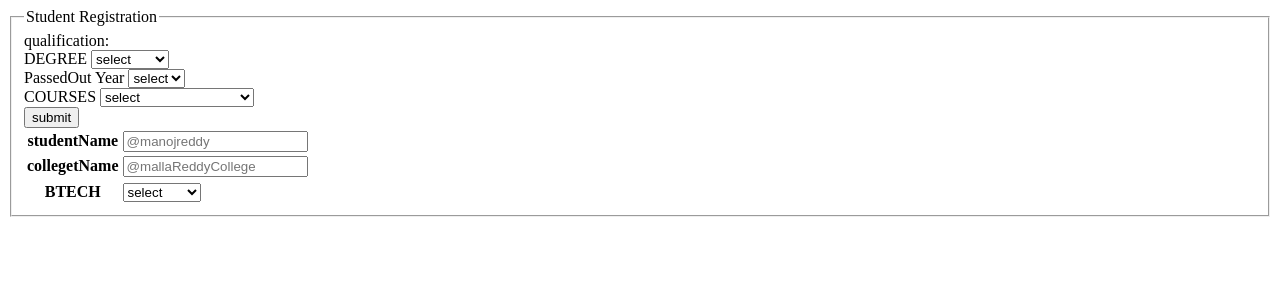
Repository: JanapatlaManojReddy/java
Page: http://localhost/institutionProject/StudentRegistration.jsp
These files come from the project's save history. The page is drawn as it stood at one moment and after the next save; the edit follows.
The browser window is 1280 px wide. The pictures show the whole page.
The page is served by Tomcat 9. Other server files are loaded and not shown.

Above is the page before, as saved 2023-08-19 12:56:33.

### institutionProject/src/main/webapp/StudentRegistration.jsp
<%@ page language="java" contentType="text/html; charset=ISO-8859-1"
    pageEncoding="ISO-8859-1"%>
<!DOCTYPE html>
<html>
<head>
<meta charset="ISO-8859-1">
<title>Insert title here</title>
</head>
<body>
<form>
<fieldSet action="studentServlet">
<legend>Student Registration</legend>
<div>
<table>

<tr>
<th>
<lable for="sname">studentName</lable>
</th>

<td>
<input type="text" name="studentName" placeholder="@manojreddy" required autocomplete="off">
</td>
</tr>

<tr>

<th>
<lable for="cname">collegetName</lable></th>
<td>
<input type="text" name="collegeName" placeholder="@mallaReddyCollege" required>
</td>

</tr>

<tr>
<lable >qualification:</lable>
</tr>

<tr>
<th>
<lable for="stream">BTECH</lable></th>
<td>
<select id ="stream" name="stream" >
<option value="select" selected>select</option>
<option value ="EEE">EEE</option>
<option value ="ECE">ECE</option>
<option value ="CSE">CSE</option>
<option value ="CIVIL">CIVIL</option>
<option value ="MECH">MECH</option>
<option value ="OTHERS">OTHERS</option>
</select>
</td>
</tr>
<div>
<lable for="stream">DEGREE</lable>
<select id ="stream" name="stream" >
<option value="select" selected>select</option>
<option value ="EEE">EEE</option>
<option value ="ECE">ECE</option>
<option value ="CSE">CSE</option>
<option value ="CIVIL">CIVIL</option>
<option value ="MECH">MECH</option>
<option value ="OTHERS">OTHERS</option>
</select>
</div>
<div>
<lable for="pyear">PassedOut Year</lable>
<select id="pyear" name="pyear">
<option value="select" selected>select</option>
<option value="2018">2018</option>
<option value="2019">2019</option>
<option value="2020">2020</option>
<option value="2021">2021</option>
<option value="2022">2022</option>
<option value="2023">2023</option>


</select>
</div>
<div>
<lable for="courses">COURSES</lable>
<select id ="courses" name="courses">
<option value="select" selected>select</option>
<option value="JAVAFULLSTACK">JAVAFULLSTACK </option>
<option value="PYTHONFULLSTACK">PYTHONFULLSTACK </option>
<option value="JAVA">JAVA</option>
<option value="HTML/CSS">HTML/CSS </option>
<option value="ANGULAR/REACT">ANGULAR/REACT </option>
</select>
</div>
<div>
<input type="submit" value="submit">
</div>
</table>
</div>

</fieldSet>
</form>

</body>
</body>
</html>

After the next save:
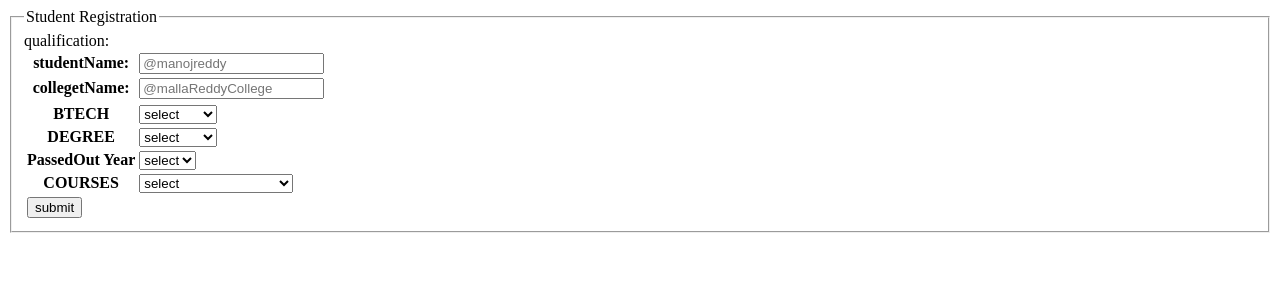
Saved 3 min 33 s later.
--- a/institutionProject/src/main/webapp/StudentRegistration.jsp
+++ b/institutionProject/src/main/webapp/StudentRegistration.jsp
@@ -15,7 +15,7 @@
 
 <tr>
 <th>
-<lable for="sname">studentName</lable>
+<lable for="sname">studentName:</lable>
 </th>
 
 <td>
@@ -26,7 +26,7 @@
 <tr>
 
 <th>
-<lable for="cname">collegetName</lable></th>
+<lable for="cname" align="left">collegetName:</lable></th>
 <td>
 <input type="text" name="collegeName" placeholder="@mallaReddyCollege" required>
 </td>
@@ -39,7 +39,8 @@
 
 <tr>
 <th>
-<lable for="stream">BTECH</lable></th>
+<lable for="stream" align="left">BTECH</lable>
+</th>
 <td>
 <select id ="stream" name="stream" >
 <option value="select" selected>select</option>
@@ -52,8 +53,10 @@
 </select>
 </td>
 </tr>
-<div>
-<lable for="stream">DEGREE</lable>
+<tr>
+<th>
+<lable for="stream">DEGREE</lable></th>
+<td>
 <select id ="stream" name="stream" >
 <option value="select" selected>select</option>
 <option value ="EEE">EEE</option>
@@ -63,9 +66,13 @@
 <option value ="MECH">MECH</option>
 <option value ="OTHERS">OTHERS</option>
 </select>
-</div>
-<div>
+</td>
+</tr>
+<tr>
+<th>
 <lable for="pyear">PassedOut Year</lable>
+</th>
+<td>
 <select id="pyear" name="pyear">
 <option value="select" selected>select</option>
 <option value="2018">2018</option>
@@ -77,9 +84,12 @@
 
 
 </select>
-</div>
-<div>
-<lable for="courses">COURSES</lable>
+</td>
+</tr>
+<tr>
+<th>
+<lable for="courses">COURSES</lable></th>
+<td>
 <select id ="courses" name="courses">
 <option value="select" selected>select</option>
 <option value="JAVAFULLSTACK">JAVAFULLSTACK </option>
@@ -88,10 +98,14 @@
 <option value="HTML/CSS">HTML/CSS </option>
 <option value="ANGULAR/REACT">ANGULAR/REACT </option>
 </select>
-</div>
-<div>
+</td>
+</tr>
+<tr>
+<td>
 <input type="submit" value="submit">
-</div>
+</td>
+</tr>
+
 </table>
 </div>
 
